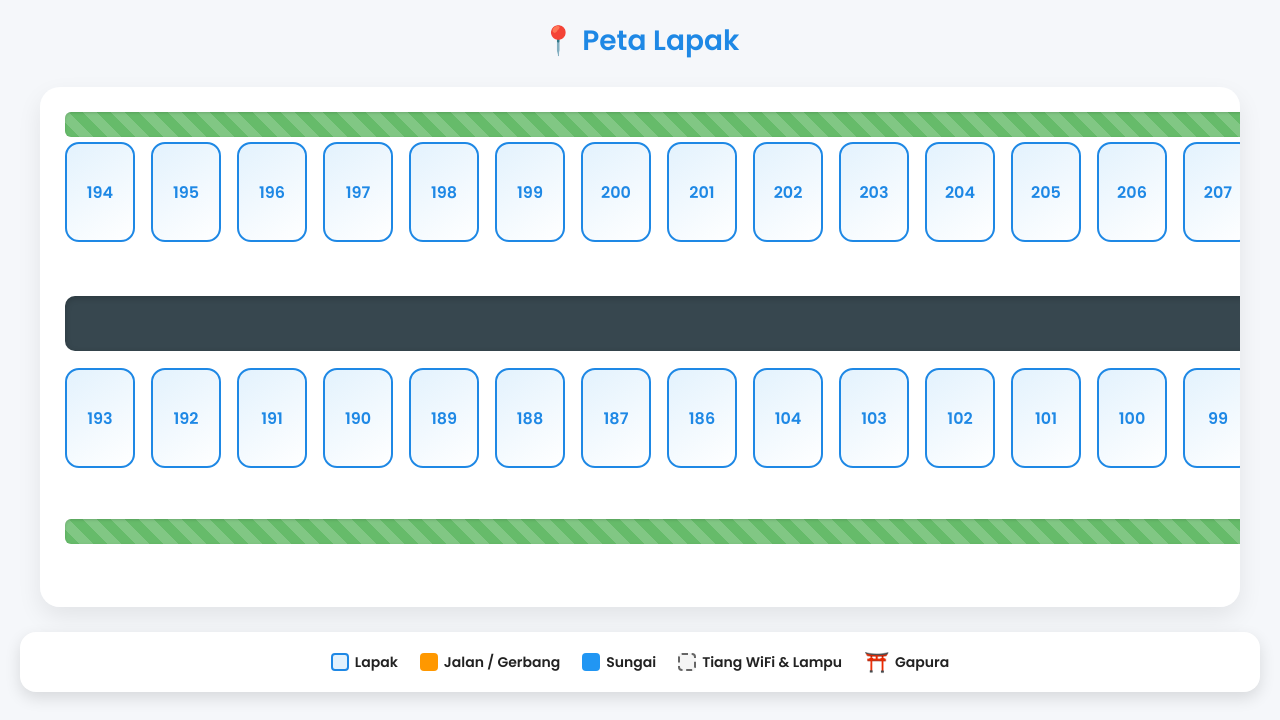
Repository: pasarrakyatbak/denah
Page: index.html
An editor plug-in stored every save of this project. The page is shown before and after a run of saves, followed by the edit.
The browser window is 1280 px wide. The pictures show the whole page.

Above is the page before, as saved 2025-09-19 19:27:09.

After the next 2 saves:
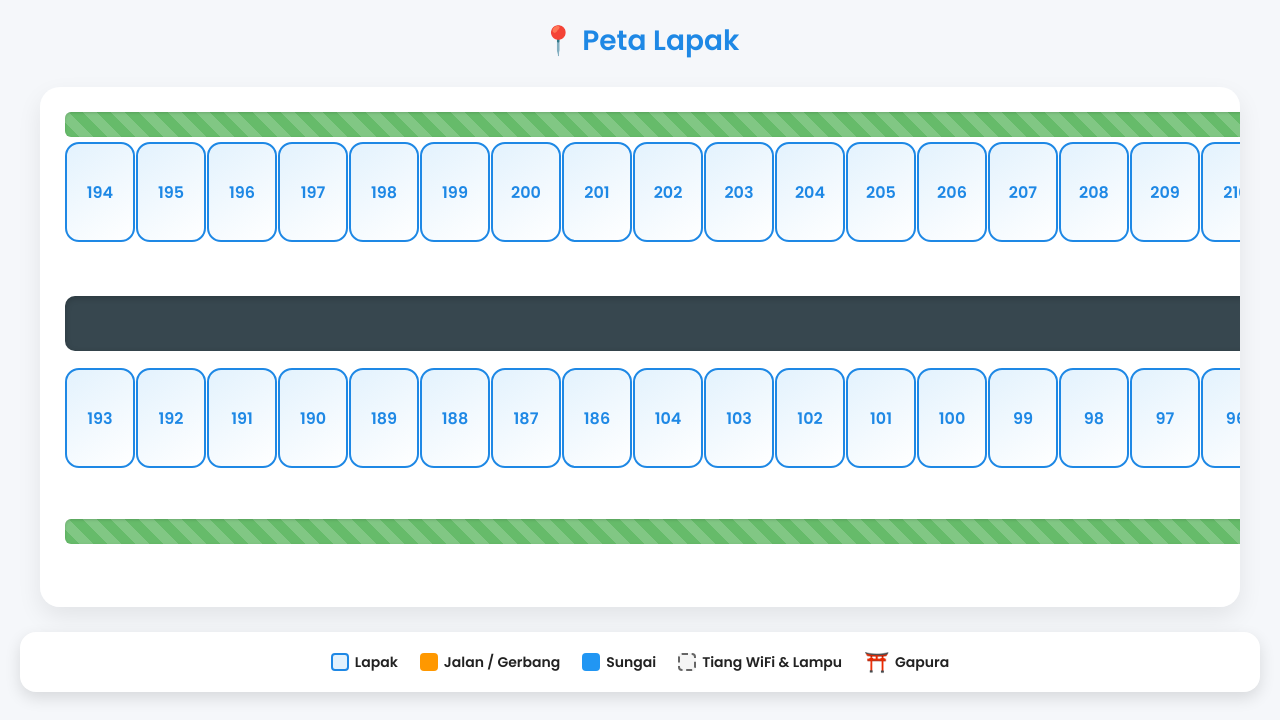
The 2 saves are shown as one change because they came seconds apart.
The last was saved 56 s later.
--- a/style.css
+++ b/style.css
@@ -42,7 +42,7 @@ h1 {
 
 .row {
     display: flex;
-    gap: 16px;
+    gap: 1px;
     align-items: flex-start;
     flex-wrap: wrap;
     min-width: max-content;
